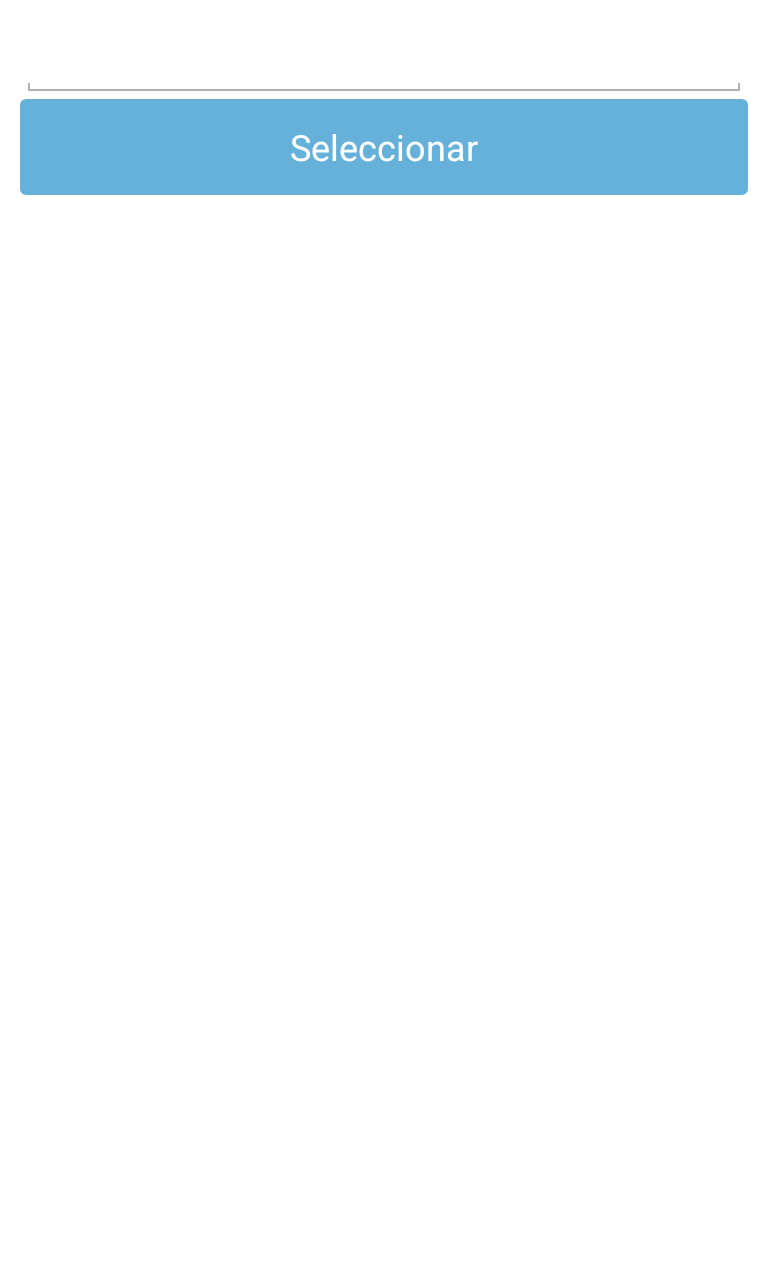
Repository: arodriguezp2003/aqandroid
Layout: BlueFlameWMS/res/layout/seleecione_inventario.xml
An editor plug-in stored every save of this project. The layout is shown before and after the next save, followed by the edit.
It is drawn on a 768 x 1280 px phone screen (xhdpi) without system bars, with theme AppTheme; the app's code is not run.

Above is the layout before, as saved 2014-07-01 14:46:56.

After the next save:
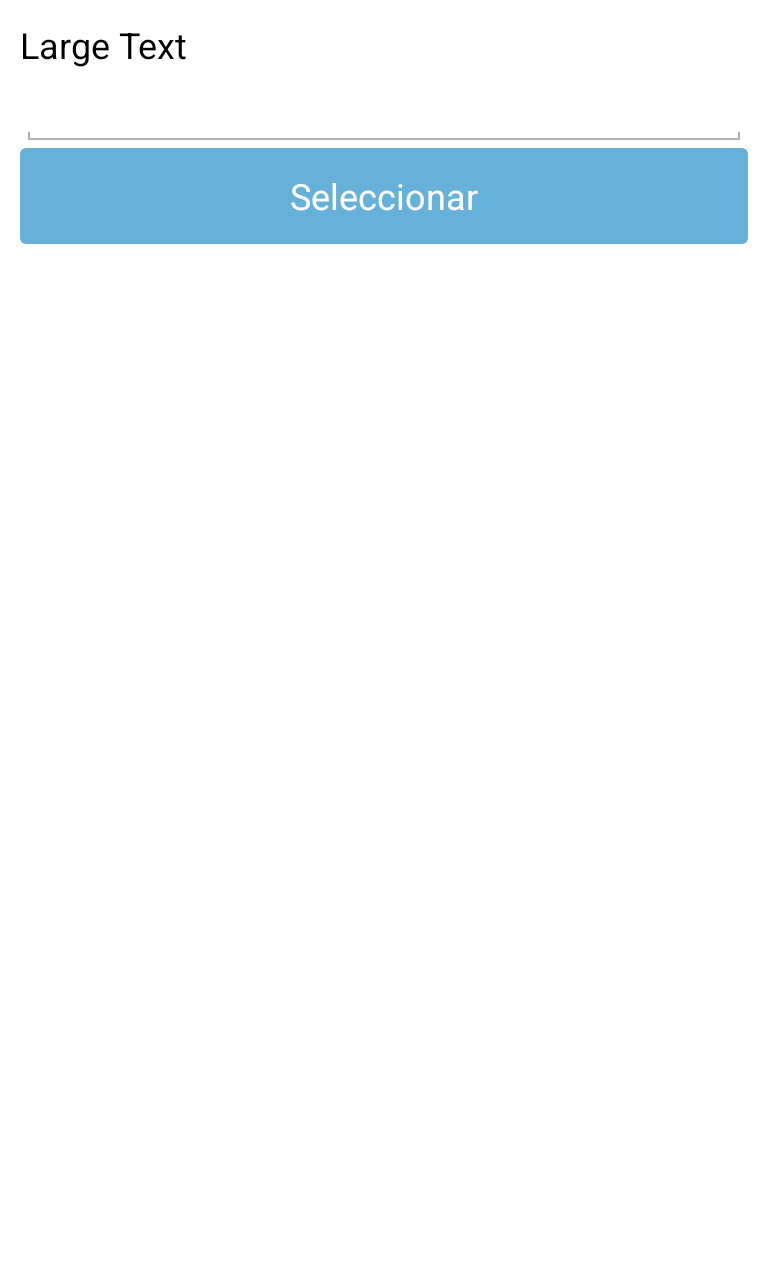
Saved 76 s later.
--- a/BlueFlameWMS/res/layout/seleecione_inventario.xml
+++ b/BlueFlameWMS/res/layout/seleecione_inventario.xml
@@ -4,6 +4,13 @@
     android:layout_height="match_parent"
     android:orientation="vertical"
     android:padding="10dp" >
+
+    <TextView
+        android:id="@+id/textView1"
+        android:layout_width="wrap_content"
+        android:layout_height="wrap_content"
+        android:text="Large Text"
+        android:textAppearance="?android:attr/textAppearanceMedium" />
 
     <EditText
         android:id="@+id/xPassword"
